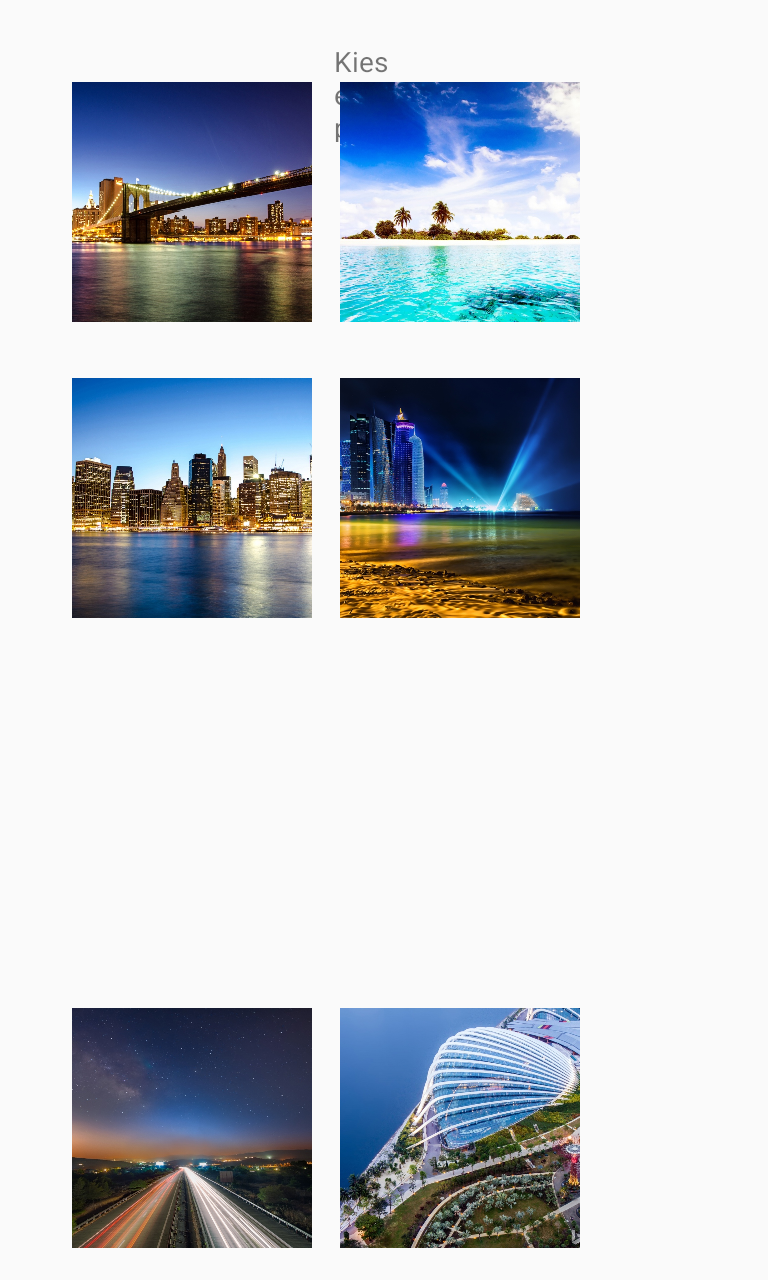
Repository: MarcSelles/nPuzzle10447768
Layout: NPuzzle10447768/res/layout/activity_main.xml
An editor plug-in stored every save of this project. The layout is shown before and after the next save, followed by the edit.
It is drawn on a 768 x 1280 px phone screen (xhdpi) without system bars, with theme AppTheme; the app's code is not run.

Above is the layout before, as saved 2014-11-23 13:30:39.

### NPuzzle10447768/res/layout/activity_main.xml
<RelativeLayout xmlns:android="http://schemas.android.com/apk/res/android"
    xmlns:tools="http://schemas.android.com/tools"
    android:layout_width="match_parent"
    android:layout_height="match_parent"
    android:paddingBottom="@dimen/activity_vertical_margin"
    android:paddingLeft="@dimen/activity_horizontal_margin"
    android:paddingRight="@dimen/activity_horizontal_margin"
    android:paddingTop="@dimen/activity_vertical_margin"
    tools:context="nl.mprog.projects.NPuzzle10447768.MainActivity" >

    <TextView
        android:layout_width="50dp"
        android:layout_height="50dp"
        android:layout_centerHorizontal="true"
        android:layout_marginTop="5dp"
        android:text="@string/choose_image" />

    <ImageView
        android:id="@+id/imageView1"
        android:layout_width="120dp"
        android:layout_height="120dp"
        android:layout_alignParentLeft="true"
        android:layout_alignParentTop="true"
        android:layout_marginLeft="20dp"
        android:layout_marginTop="25dp"
        android:scaleType="fitXY"
        android:src="@drawable/brooklyn_bridge" />

    <ImageView
        android:id="@+id/imageView2"
        android:layout_width="120dp"
        android:layout_height="120dp"
        android:layout_alignTop="@+id/imageView1"
        android:layout_marginLeft="14dp"
        android:layout_toRightOf="@+id/imageView1"
        android:scaleType="fitXY"
        android:src="@drawable/diggrini_island" />

    <ImageView
        android:id="@+id/imageView3"
        android:layout_width="120dp"
        android:layout_height="120dp"
        android:layout_below="@+id/imageView1"
        android:layout_marginTop="28dp"
        android:layout_toLeftOf="@+id/imageView2"
        android:scaleType="fitXY"
        android:src="@drawable/manhattan_skyline" />

    <ImageView
        android:id="@+id/imageView4"
        android:layout_width="120dp"
        android:layout_height="120dp"
        android:layout_alignLeft="@+id/imageView2"
        android:layout_alignTop="@+id/imageView3"
        android:scaleType="fitXY"
        android:src="@drawable/qatar_skyline" />

    <ImageView
        android:id="@+id/imageView5"
        android:layout_width="120dp"
        android:layout_height="120dp"
        android:layout_alignLeft="@+id/imageView3"
        android:layout_alignParentBottom="true"
        android:scaleType="fitXY"
        android:src="@drawable/rush_hour" />

    <ImageView
        android:id="@+id/imageView6"
        android:layout_width="120dp"
        android:layout_height="120dp"
        android:layout_alignLeft="@+id/imageView4"
        android:layout_alignTop="@+id/imageView5"
        android:scaleType="fitXY"
        android:src="@drawable/singapore_city" />

</RelativeLayout>

### NPuzzle10447768/res/values/strings.xml
<?xml version="1.0" encoding="utf-8"?>
<resources>

    <string name="app_name">NPuzzle10447768</string>
    <string name="hello_world">Hello world!</string>
    <string name="action_settings">Settings</string>
    <string name="choose_image">Kies een puzzel</string>
    <string name="title_activity_the_game">TheGame</string>

</resources>

Loaded but not shown: NPuzzle10447768/res/values/styles.xml (common file); NPuzzle10447768/res/values-v11/styles.xml (common file); NPuzzle10447768/res/values-v14/styles.xml (common file); NPuzzle10447768/res/values/dimens.xml (common file); NPuzzle10447768/res/values-w820dp/dimens.xml (common file)

After the next save:
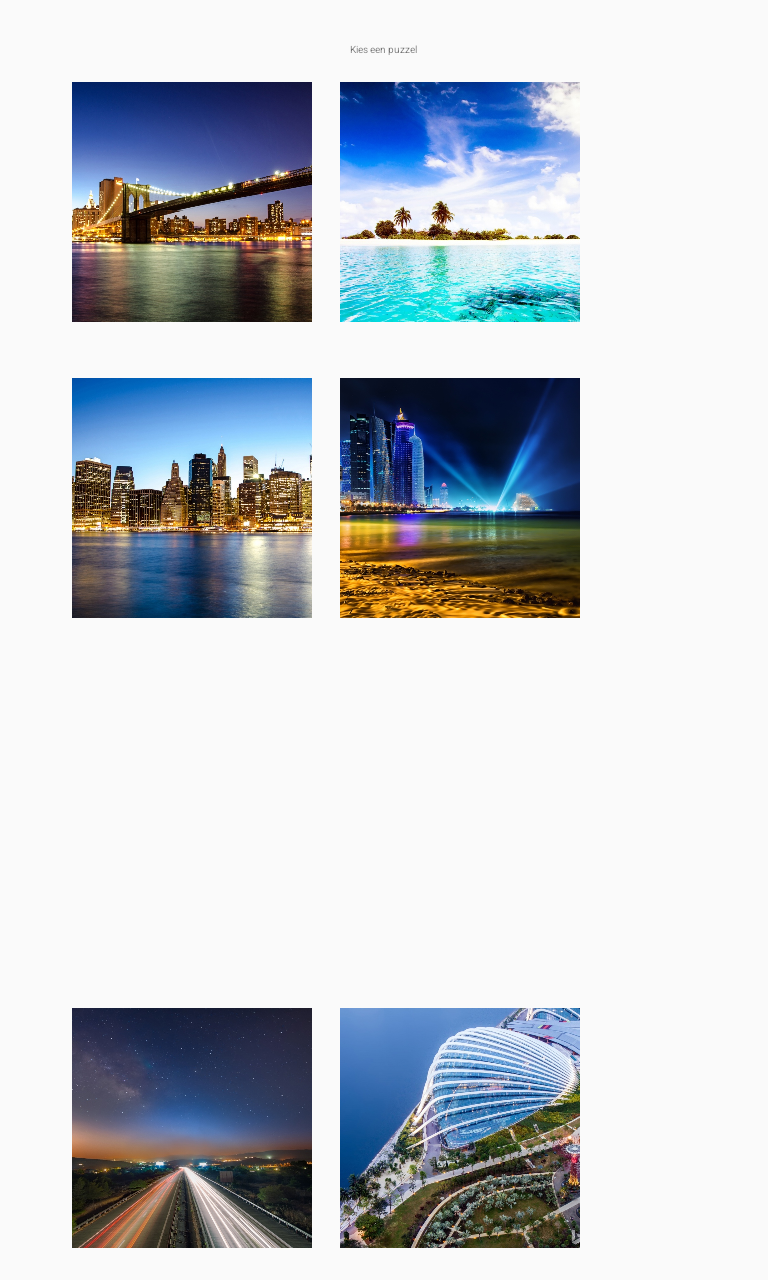
Saved 61 s later.
--- a/NPuzzle10447768/res/layout/activity_main.xml
+++ b/NPuzzle10447768/res/layout/activity_main.xml
@@ -9,10 +9,11 @@
     tools:context="nl.mprog.projects.NPuzzle10447768.MainActivity" >
 
     <TextView
-        android:layout_width="50dp"
-        android:layout_height="50dp"
+        android:layout_width="wrap_content"
+        android:layout_height="wrap_content"
         android:layout_centerHorizontal="true"
         android:layout_marginTop="5dp"
+        android:textSize="5dp"
         android:text="@string/choose_image" />
 
     <ImageView
